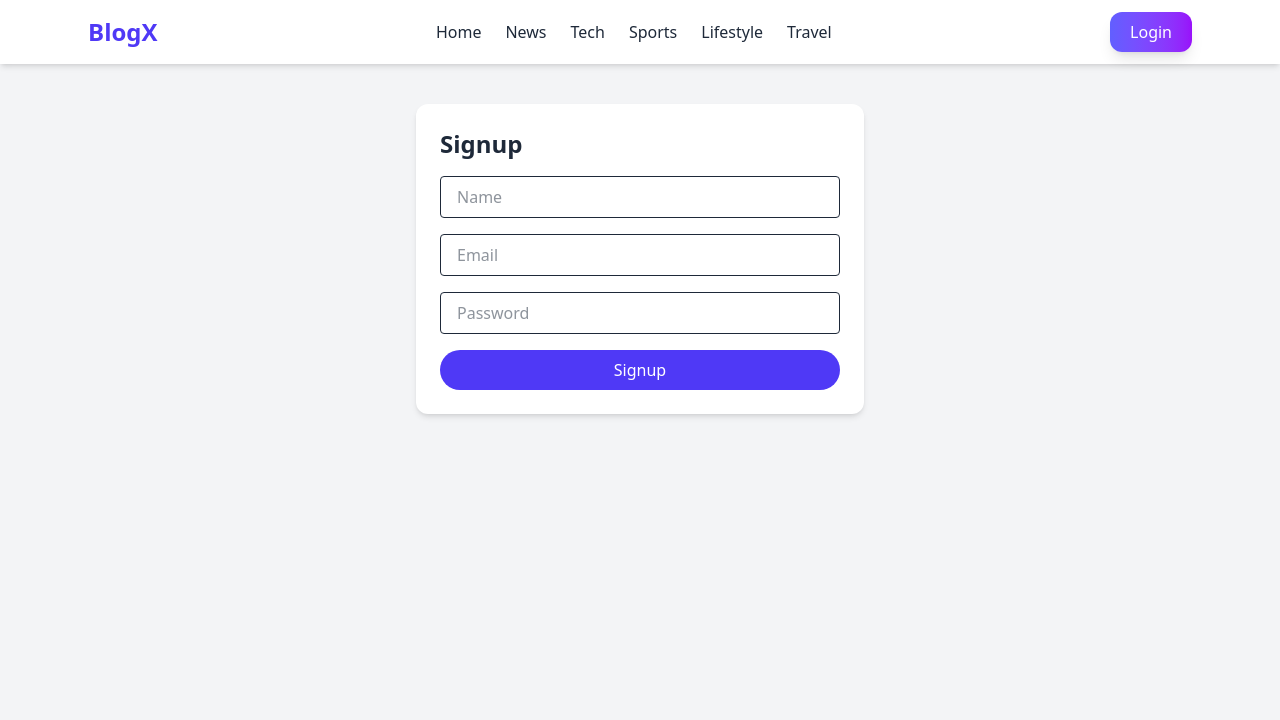
Repository: kundanchouhan12/BlogX
Page: /signup (app in blogx-Frontend/)
The author's editor kept a copy of each file at every save. The page is drawn from the files as they stood at one save, then again after the next save.
The browser window is 1280 px wide. The pictures show the whole page.
The page's requests for data from a server got no answer. The project was rebuilt for these pictures with package versions that can differ from the ones it lists, and the page was loaded fresh each time. No one was signed in, and anything a server would have sent is missing. Also part of the build but not shown: blogx-Frontend/vite.config.js, blogx-Frontend/src/pages/Home.jsx, blogx-Frontend/src/pages/Login.jsx, blogx-Frontend/src/pages/CreatePost.jsx, blogx-Frontend/src/components/PrivateRoute.jsx, blogx-Frontend/src/pages/BlogDetails.css, blogx-Frontend/src/pages/BlogDetails.jsx, blogx-Frontend/src/pages/EditPost.jsx.

Above is the page before, as saved 2025-09-19 19:30:17.

### blogx-Frontend/src/main.jsx
// src/main.jsx
import ReactDOM from "react-dom/client";
import { BrowserRouter } from "react-router-dom";
import App from "./App";
import { AuthProvider } from "./context/AuthContext";
import { PostsProvider } from "./context/PostsContext";
import "./index.css"; // Ensure this exists

ReactDOM.createRoot(document.getElementById("root")).render(
    <BrowserRouter>
      <AuthProvider>
        <PostsProvider>
          <App />
        </PostsProvider>
      </AuthProvider>
    </BrowserRouter>
);

### blogx-Frontend/src/App.jsx
// src/App.jsx
import { Routes, Route } from "react-router-dom";
import Navbar from "./components/Navbar";
import Home from "./pages/Home";
import Login from "./pages/Login";
import Signup from "./pages/Signup";
import CreatePost from "./pages/CreatePost";
import PrivateRoute from "./components/PrivateRoute";
import BlogDetails from "./pages/BlogDetails";
import EditPost from "./pages/EditPost";

export default function App() {
  return (
    <div className="min-h-screen flex flex-col">
      {/* Navbar har page par show hoga */}
      <Navbar />

      {/* Routes */}
      <div className="flex-grow">
        <Routes>
          <Route path="/" element={<Home />} />
          <Route path="/login" element={<Login />} />
          <Route path="/signup" element={<Signup />} />
          <Route
            path="/create"
            element={
              <PrivateRoute>
                <CreatePost />
              </PrivateRoute>
            }
          />
          <Route path="/posts/:id" element={<BlogDetails />} />
          <Route path="/edit/:id" element={<EditPost />} />
        </Routes>
      </div>
    </div>
  );
}

### blogx-Frontend/src/context/AuthContext.jsx
import { createContext, useContext, useState } from "react";
import { useNavigate } from "react-router-dom";
import axios from "axios";

const AuthContext = createContext();

export function AuthProvider({ children }) {
  const navigate = useNavigate();
  const [user, setUser] = useState(() => {
    const savedUser = localStorage.getItem("user");
    try {
      return savedUser ? JSON.parse(savedUser) : null;
    } catch {
      localStorage.removeItem("user");
      return null;
    }
  });
  const [token, setToken] = useState(() => localStorage.getItem("token") || null);

  const login = (userData, jwtToken) => {
    setUser(userData);
    setToken(jwtToken);
    localStorage.setItem("user", JSON.stringify(userData));
    localStorage.setItem("token", jwtToken);
    navigate("/");
  };

  const logout = () => {
    setUser(null);
    setToken(null);
    localStorage.removeItem("user");
    localStorage.removeItem("token");
    navigate("/");
  };

  const signup = async (userData) => {
    try {
      const res = await axios.post("http://localhost:8080/api/auth/signup", userData);
      const user = res.data.user;
      const token = res.data.token;

      setUser(user);
      setToken(token);
      localStorage.setItem("user", JSON.stringify(user));
      localStorage.setItem("token", token);

      navigate("/login"); // signup ke baad login page redirect
    } catch (err) {
      console.error("Signup error:", err.response?.data || err.message);
      throw err;
    }
  };

  return (
    <AuthContext.Provider value={{ user, token, login, logout, signup }}>
      {children}
    </AuthContext.Provider>
  );
}

export const useAuth = () => useContext(AuthContext);

### blogx-Frontend/src/context/PostsContext.jsx
import { createContext, useContext, useState, useEffect } from "react";
import axios from "axios";
import { useAuth } from "./AuthContext";

const PostsContext = createContext();

export function PostsProvider({ children }) {
  const { token, user } = useAuth(); // 👈 user bhi extract kiya
  const [posts, setPosts] = useState([]);
  const [loading, setLoading] = useState(false);

  const fetchPosts = async () => {
  setLoading(true);
  try {
    const res = await axios.get("http://localhost:8080/api/posts", {
      headers: token ? { Authorization: `Bearer ${token}` } : {},
    });

    let allPosts = Array.isArray(res.data) ? res.data : [];

    // ✅ Normalize posts -> add username + trending by default
    allPosts = allPosts.map((p, index) => ({
      ...p,
      username: p.username || "Anonymous",
      trending: index < 3, // first 3 latest posts ko trending banao
    }));

    setPosts(allPosts);
  } catch (err) {
    console.error("fetchPosts error:", err);
    setPosts([]);
  } finally {
    setLoading(false);
  }
};

  // 👇 addPost me username inject kar rahe hain
  const addPost = (newPost) => {
    const withUser = {
      ...newPost,
    username: newPost.username || user?.username || "Anonymous"
    };
    setPosts((prev) => [withUser, ...prev]); // Home aur recent me turant reflect hoga
  };

  useEffect(() => {
    fetchPosts();
  }, [token]);

  return (
    <PostsContext.Provider value={{ posts, loading, fetchPosts, addPost }}>
      {children}
    </PostsContext.Provider>
  );
}

export const usePosts = () => useContext(PostsContext);

### blogx-Frontend/src/index.css
@tailwind base;
@tailwind components;
@tailwind utilities;

body {
  @apply bg-gray-100 text-gray-800;
}
@import "tailwindcss";

### blogx-Frontend/src/components/Navbar.jsx
import { Link } from "react-router-dom";
import { useAuth } from "../context/AuthContext";

export default function Navbar() {
  const { user, logout } = useAuth();

  return (
    <nav className="bg-white shadow-md sticky top-0 z-40">
      <div className="max-w-6xl mx-auto flex justify-between items-center px-6 py-3">
        {/* Logo */}
        <Link to="/" className="text-2xl font-bold text-indigo-600">
          BlogX
        </Link>

        {/* Links */}
        <div className="flex gap-6 items-center">
          <Link to="/" className="hover:text-indigo-600">
            Home
          </Link>

          {/* Categories as simple links */}
          <Link to="/category/news" className="hover:text-indigo-600">
            News
          </Link>
          <Link to="/category/tech" className="hover:text-indigo-600">
            Tech
          </Link>
          <Link to="/category/sports" className="hover:text-indigo-600">
            Sports
          </Link>
          <Link to="/category/lifestyle" className="hover:text-indigo-600">
            Lifestyle
          </Link>
          <Link to="/category/travel" className="hover:text-indigo-600">
            Travel
          </Link>

          {/* Create Post visible only if logged in */}
          {user && (
            <Link to="/create" className="hover:text-indigo-600 font-medium">
              + Create Post
            </Link>
          )}
        </div>

        {/* Auth Section */}
        {user ? (
          <div className="flex items-center gap-4">
            <span className="text-gray-700 hidden md:block">
              ✨ Welcome,{" "}
              <span className="font-semibold text-indigo-600">
                {user.name}
              </span>
            </span>
            <button
              onClick={logout}
              className="bg-red-500 text-white px-3 py-1 rounded-lg hover:bg-red-600 transition"
            >
              Logout
            </button>
          </div>
        ) : (
          <Link
            to="/login"
            className="bg-gradient-to-r from-indigo-500 to-purple-600 text-white px-5 py-2 rounded-xl shadow-lg hover:opacity-90 transition"
          >
            Login
          </Link>
        )}
      </div>
    </nav>
  );
}

### blogx-Frontend/src/pages/Signup.jsx
import { useState } from "react";
import { useAuth } from "../context/AuthContext";
import { useNavigate } from "react-router-dom";

export default function Signup() {
  const { signup } = useAuth();
  const navigate = useNavigate();

  const [name, setName] = useState("");
  const [email, setEmail] = useState("");
  const [password, setPassword] = useState("");
  const [loading, setLoading] = useState(false);
  const [error, setError] = useState("");

  const handleSubmit = async (e) => {
    e.preventDefault();
    setLoading(true);
    setError("");
    try {
      await signup({ name, email, password });
      alert("Signup successful! Please login.");
      navigate("/login"); // ✅ redirect to login page
    } catch (err) {
      setError(err.response?.data?.message || "Signup failed");
    } finally {
      setLoading(false);
    }
  };

  return (
    <div className="max-w-md mx-auto mt-10 p-6 bg-white rounded-xl shadow-md">
      <h2 className="text-2xl font-bold mb-4">Signup</h2>
      {error && <p className="text-red-500 mb-4">{error}</p>}
      <form onSubmit={handleSubmit} className="space-y-4">
        <input
          type="text"
          placeholder="Name"
          value={name}
          onChange={(e) => setName(e.target.value)}
          className="w-full border rounded px-4 py-2"
        />
        <input
          type="email"
          placeholder="Email"
          value={email}
          onChange={(e) => setEmail(e.target.value)}
          className="w-full border rounded px-4 py-2"
        />
        <input
          type="password"
          placeholder="Password"
          value={password}
          onChange={(e) => setPassword(e.target.value)}
          className="w-full border rounded px-4 py-2"
        />
        <button
          type="submit"
          disabled={loading}
          className="bg-indigo-600 text-white px-6 py-2 rounded-full w-full"
        >
          {loading ? "Signing up..." : "Signup"}
        </button>
      </form>
    </div>
  );
}

Loaded but not shown: blogx-Frontend/index.html (common file)

After the next save:
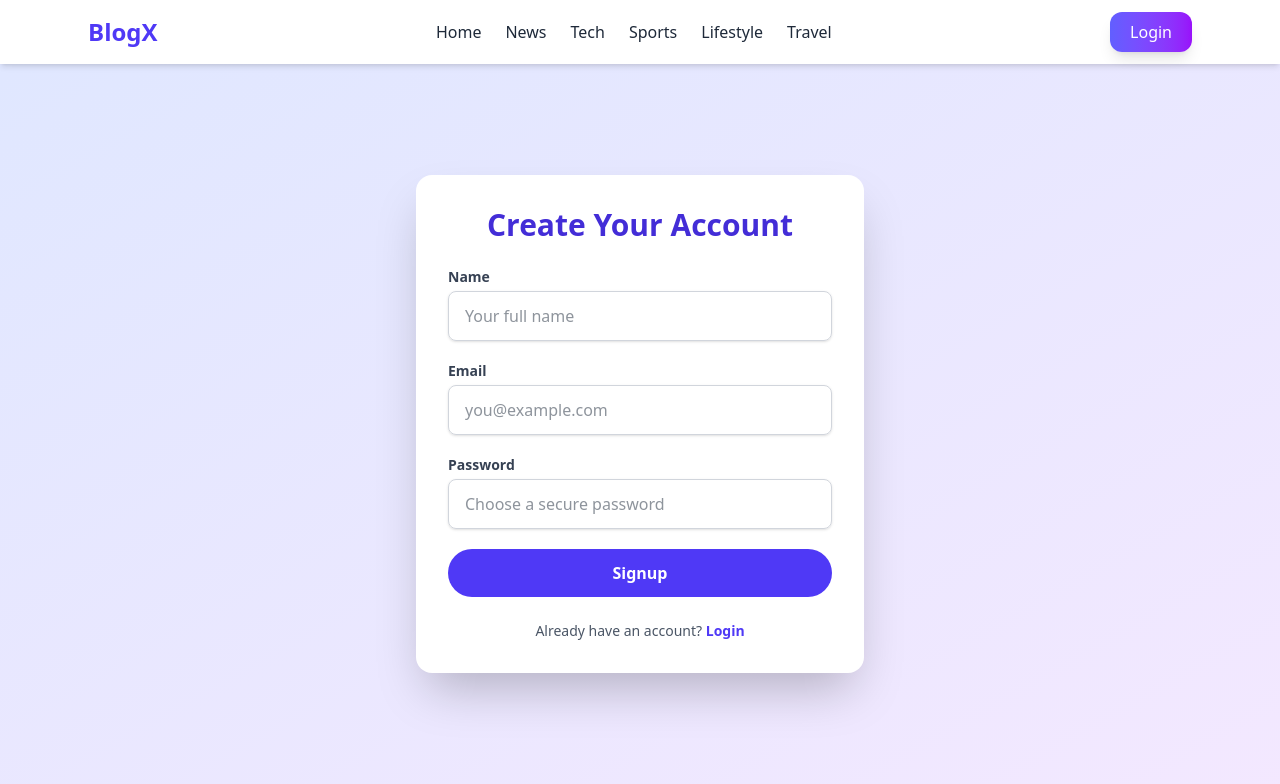
Saved 60 s later.
--- a/blogx-Frontend/src/pages/Signup.jsx
+++ b/blogx-Frontend/src/pages/Signup.jsx
@@ -19,7 +19,7 @@ export default function Signup() {
     try {
       await signup({ name, email, password });
       alert("Signup successful! Please login.");
-      navigate("/login"); // ✅ redirect to login page
+      navigate("/login");
     } catch (err) {
       setError(err.response?.data?.message || "Signup failed");
     } finally {
@@ -28,39 +28,82 @@ export default function Signup() {
   };
 
   return (
-    <div className="max-w-md mx-auto mt-10 p-6 bg-white rounded-xl shadow-md">
-      <h2 className="text-2xl font-bold mb-4">Signup</h2>
-      {error && <p className="text-red-500 mb-4">{error}</p>}
-      <form onSubmit={handleSubmit} className="space-y-4">
-        <input
-          type="text"
-          placeholder="Name"
-          value={name}
-          onChange={(e) => setName(e.target.value)}
-          className="w-full border rounded px-4 py-2"
-        />
-        <input
-          type="email"
-          placeholder="Email"
-          value={email}
-          onChange={(e) => setEmail(e.target.value)}
-          className="w-full border rounded px-4 py-2"
-        />
-        <input
-          type="password"
-          placeholder="Password"
-          value={password}
-          onChange={(e) => setPassword(e.target.value)}
-          className="w-full border rounded px-4 py-2"
-        />
-        <button
-          type="submit"
-          disabled={loading}
-          className="bg-indigo-600 text-white px-6 py-2 rounded-full w-full"
-        >
-          {loading ? "Signing up..." : "Signup"}
-        </button>
-      </form>
+    <div className="flex justify-center items-center min-h-screen bg-gradient-to-br from-indigo-100 to-purple-100">
+      <div className="bg-white p-8 rounded-2xl shadow-2xl w-full max-w-md">
+        <h2 className="text-3xl font-extrabold text-indigo-700 mb-6 text-center">
+          Create Your Account
+        </h2>
+
+        {error && (
+          <p className="text-red-500 text-sm text-center mb-4">{error}</p>
+        )}
+
+        <form onSubmit={handleSubmit} className="space-y-5">
+          <div>
+            <label className="block text-sm font-semibold text-gray-700 mb-1">
+              Name
+            </label>
+            <input
+              type="text"
+              placeholder="Your full name"
+              value={name}
+              onChange={(e) => setName(e.target.value)}
+              className="w-full px-4 py-3 border border-gray-300 rounded-lg shadow-sm focus:outline-none focus:ring-2 focus:ring-indigo-500"
+              required
+            />
+          </div>
+
+          <div>
+            <label className="block text-sm font-semibold text-gray-700 mb-1">
+              Email
+            </label>
+            <input
+              type="email"
+              placeholder="you@example.com"
+              value={email}
+              onChange={(e) => setEmail(e.target.value)}
+              className="w-full px-4 py-3 border border-gray-300 rounded-lg shadow-sm focus:outline-none focus:ring-2 focus:ring-indigo-500"
+              required
+            />
+          </div>
+
+          <div>
+            <label className="block text-sm font-semibold text-gray-700 mb-1">
+              Password
+            </label>
+            <input
+              type="password"
+              placeholder="Choose a secure password"
+              value={password}
+              onChange={(e) => setPassword(e.target.value)}
+              className="w-full px-4 py-3 border border-gray-300 rounded-lg shadow-sm focus:outline-none focus:ring-2 focus:ring-indigo-500"
+              required
+            />
+          </div>
+
+          <button
+            type="submit"
+            disabled={loading}
+            className={`w-full py-3 rounded-full font-semibold text-white transition ${
+              loading
+                ? "bg-indigo-400 cursor-not-allowed"
+                : "bg-indigo-600 hover:bg-indigo-700"
+            }`}
+          >
+            {loading ? "Signing up..." : "Signup"}
+          </button>
+        </form>
+
+        <p className="mt-6 text-center text-sm text-gray-600">
+          Already have an account?{" "}
+          <span
+            onClick={() => navigate("/login")}
+            className="text-indigo-600 font-semibold cursor-pointer hover:underline"
+          >
+            Login
+          </span>
+        </p>
+      </div>
     </div>
   );
 }
